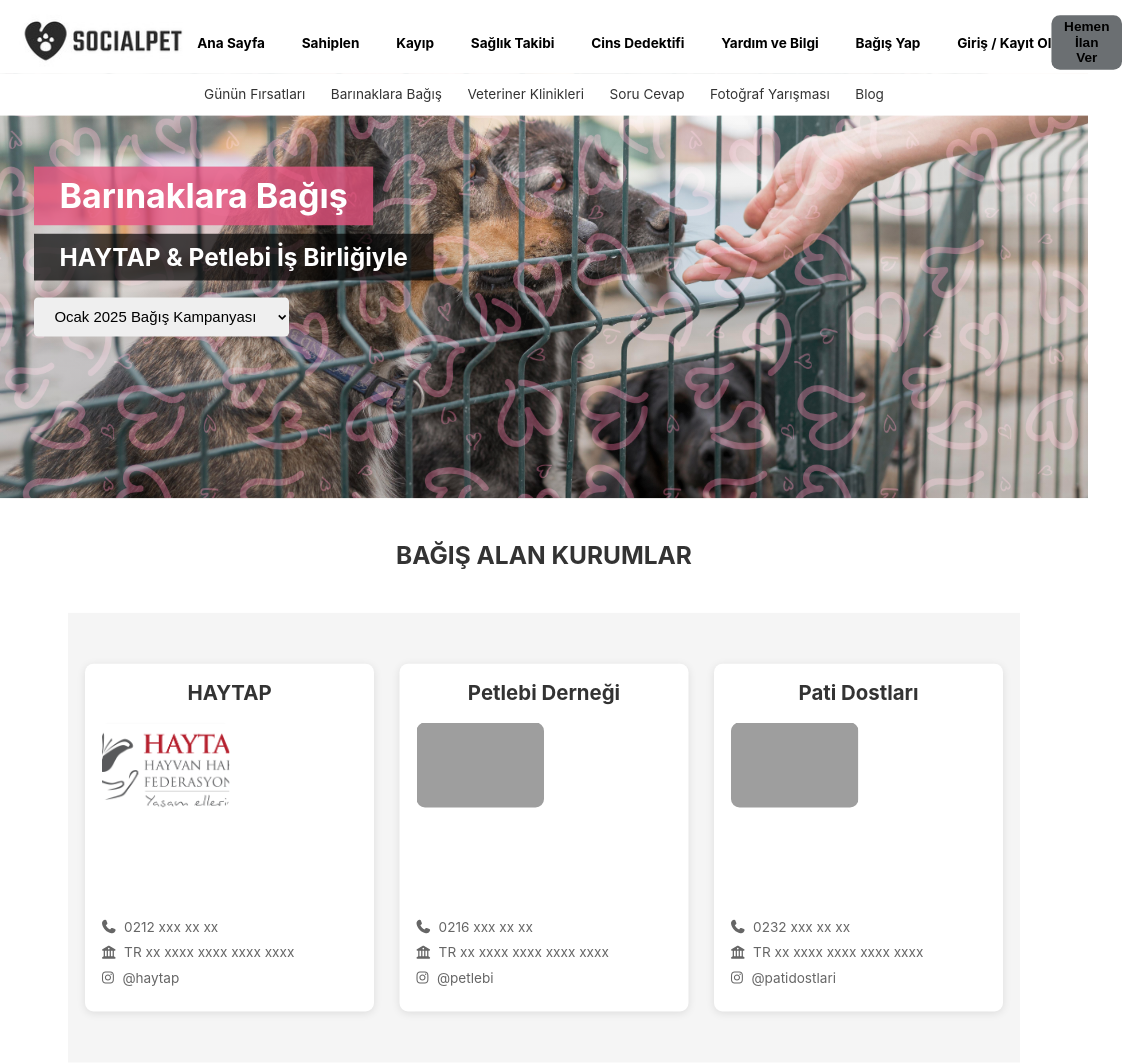
Repository: utkucaa/socialpet-frontend
Page: /donate (app in petweb/petweb/)
An editor plug-in stored every save of this project. The page is shown before and after a run of saves, followed by the edit.
The browser window is 1280 px wide. The page is 1320 px wide, so the pictures cover 1320 px, including what lies to the right of the window. The pictures show the whole page, at 85% of full size.
Pictures or frames that could not be fetched are drawn as grey boxes. The project was rebuilt for these pictures with package versions that can differ from the ones it lists, and the page was loaded fresh each time. Also part of the build but not shown: petweb/petweb/src/Components/Login/Login.jsx, petweb/petweb/src/Components/Intro/Intro.css, petweb/petweb/src/Components/Intro/Intro.jsx, petweb/petweb/src/Components/Register/Register.jsx, petweb/petweb/src/Components/Profile/ProfilePage.jsx, petweb/petweb/src/Components/Adoption/Header.css, petweb/petweb/src/Components/Adoption/Header.jsx, petweb/petweb/src/Components/Adoption/Stats.css and 30 more. Imported but missing from the stored project, and not drawn on this page: petweb/petweb/src/Components/AdoptionSteps.

Above is the page before, as saved 2025-01-09 21:53:35.

### petweb/petweb/src/Components/Navbar/Navbar.jsx
import React from 'react';
import { Link } from 'react-router-dom';
import './Navbar.css';

const Navbar = ({ user, setUser }) => {
  const handleLogout = () => {
    setUser(null);
  };

  return (
    <div className='n-container'>
      <div className="n-left">
        <Link to="/">
          <img src="/logo.png" alt="Social Pet Logo" className="n-logo" />
        </Link>
      </div>
      <div className="n-right">
        <div className="n-list">
          <ul>
            <li><Link to="/">Ana Sayfa</Link></li>
            <li><Link to="/adopt">Sahiplen</Link></li>
            <li><Link to="/lost">Kayıp</Link></li>
            <li><Link to="/health-tracking">Sağlık Takibi</Link></li>
            <li><Link to="/breed-detector">Cins Dedektifi</Link></li>
            <li><Link to="/help-info">Yardım ve Bilgi</Link></li>
            <li><Link to="/donate">Bağış Yap</Link></li>

            {!user ? (
              <li><Link to="/login">Giriş / Kayıt Ol</Link></li>
            ) : (
              <li><Link to="/profile">Profil</Link></li>
            )}
          </ul>
        </div>
        {!user ? (
          <button className='giris-cıkıs'>
            <Link to="/create-ad">Hemen İlan Ver</Link>
          </button>
        ) : (
          <button className='giris-cıkıs cıkıs' onClick={handleLogout}>
            <Link to="/">Çıkış Yap</Link>
          </button>
        )}
      </div>
    </div>
  );
};

export default Navbar;

### petweb/petweb/src/Components/Donate/Donate.jsx
import React from 'react';
import './Donate.css';
import { FontAwesomeIcon } from '@fortawesome/react-fontawesome';
import { faPhone, faUniversity } from '@fortawesome/free-solid-svg-icons';
import { faInstagram } from '@fortawesome/free-brands-svg-icons';

const Donate = () => {
  const donationCards = [
    {
      name: "HAYTAP",
      image: "/haytap.png",
      phone: "0212 xxx xx xx",
      iban: "TR xx xxxx xxxx xxxx xxxx",
      instagram: "@haytap"
    },
    {
      name: "Petlebi Derneği",
      image: "/hayvan2.jpg",
      phone: "0216 xxx xx xx",
      iban: "TR xx xxxx xxxx xxxx xxxx",
      instagram: "@petlebi"
    },
    {
      name: "Pati Dostları",
      image: "/hayvan3.jpg",
      phone: "0232 xxx xx xx",
      iban: "TR xx xxxx xxxx xxxx xxxx",
      instagram: "@patidostlari"
    }
  ];

  return (
    <div className="main-container">
      {/* Üst Kısım - Resimli Alan */}
      <div className="hero-section">
        <nav className="nav-menu">
          <ul>
            <li>Günün Fırsatları</li>
            <li>Barınaklara Bağış</li>
            <li>Veteriner Klinikleri</li>
            <li>Soru Cevap</li>
            <li>Fotoğraf Yarışması</li>
            <li>Blog</li>
          </ul>
        </nav>
        <div className="hero-content">
          <div className="title-box">
            <h1>Barınaklara Bağış</h1>
          </div>
          <div className="subtitle-box">
            <h2>HAYTAP & Petlebi İş Birliğiyle</h2>
          </div>
          <div className="select-container">
            <select>
              <option>Ocak 2025 Bağış Kampanyası</option>
            </select>
          </div>
        </div>
      </div>

      {/* Alt Kısım - Bilgilendirme ve Kartlar */}
      <div className="content-section">
        <div className="info-section">
          <h2>BAĞIŞ ALAN KURUMLAR</h2>
        </div>

        <div className="donation-cards-container">
          {donationCards.map((card, index) => (
            <div key={index} className="donation-card">
              <h3 className="card-title">{card.name}</h3>
              <div className="card-image">
                <img src={card.image} alt={card.name} />
              </div>
              <div className="card-info">
                <p> <FontAwesomeIcon icon={faPhone} /> {card.phone}</p>
                <p><FontAwesomeIcon icon={faUniversity} /> {card.iban}</p>
                <p><FontAwesomeIcon icon={faInstagram} /> {card.instagram}</p>
              </div>
            </div>
          ))}
        </div>
      </div>
    </div>
  );
};

export default Donate;

### petweb/petweb/src/Components/Navbar/Navbar.css
.spline-sans-mono {
    font-family: "Spline Sans Mono", monospace;
  }

.n-container{
    height: 10vh;
    margin-top: 14px;
    display: flex;
    justify-content: space-between;
    align-items: center;
    padding: 0 2rem;
}

.n-logo {
    width: 200px;
    height: auto;
    margin-right: 10px;
    margin-left: -10px;
  }


.n-left{
    flex:1;
    align-items: center;
    display: flex;
    gap:1 rem;
}


.n-right{
    display: flex;
    flex: 5;
    align-items: center;
    justify-content: center;
    font-weight: 400;
}

.n-list{
    flex: 10;
}

.n-list a {
    text-decoration: none;
    color: black;
    font-weight: bold;
    font-size: 16px;
    transition: color 0.3s ease;
}

.n-list a:hover {
    color:  #1a237e;
}

.n-list>ul{
    display: flex;
    gap: 2.7rem;
    margin-right: 2rem;
    margin-left: -10px;
    align-items: center;
    list-style: none;
    padding: 0;
    margin: 0;
}

.n-list>ul>li {
    white-space: nowrap;
}

.giris-cıkıs {
    background-color: #6b6f72;
    color: white;
    padding: 5px 15px;
    border: none;
    border-radius: 10px;
    cursor: pointer;
    font-size: 16px;
    font-weight: bold;
    transition: background-color 0.3s ease, transform 0.2s ease;
    margin-right: -14px;
    width: auto;
}
.giris-cıkıs:hover {
    background-color: #4b5b63;
    transform: scale(1.05);
}

.giris-cıkıs a {
    text-decoration: none;
    color: black;
    font-weight: bold;
    font-size: 16px;
}

.giris-cıkıs a:hover {
    color: white;
}

### petweb/petweb/src/Components/Login/Login.css

.login-page {
    display: flex;
    height: 100vh;
  }

  .login-left {
    flex: 1;
  display: flex;
  flex-direction: column;
  justify-content: center;
  align-items: center;
  background: linear-gradient(135deg, #f0f0f0, #d9e4f5);
  padding: 20px;
  text-align: center;
  border-top-right-radius: 20px;
  border-radius: 20px;
  margin-left: 30px;
  }
  .login-logo {
    width: 400px;
    height: auto;
    border-radius: 10px;
    margin-top: 20px;
  }
  .login-left h1 {
    font-size: 36px;
    color: #333;
    margin-bottom: 5px;
    margin-top: 10px;
  }

  .login-left p {
    font-size: 18px;
    margin-top: 5px;
    color: #555;
  }

  .login-image {
    width: 70%;
    margin-top: 20px;
    border-radius: 10px;
  }

  .login-right {
    flex: 1;
    display: flex;
    justify-content: center;
    align-items: center;
    background: #fff;
  }

  .login-box {
    background: white;
    padding: 30px;
    border-radius: 8px;
    box-shadow: 0 4px 15px rgba(0, 0, 0, 0.2);
    text-align: center;
    width: 90%;
    max-width: 400px;
  }

  h2 {
    font-size: 24px;
    margin-bottom: 20px;
    color: #333;
  }

  .form-group {
    margin-bottom: 15px;
    text-align: left;
  }

  label {
    display: block;
    font-size: 14px;
    margin-bottom: 5px;
    color: #555;
  }

  input {
    width: 100%;
    padding: 10px;
    font-size: 14px;
    border-radius: 5px;
    border: 1px solid #ccc;
    outline: none;
    transition: border-color 0.3s;
  }

  input:focus {
    border-color: #5d6d7e;
  }

  .login-button {
    background-color: #5d6d7e;
    color: white;
    padding: 10px;
    width: 100%;
    border: none;
    border-radius: 5px;
    font-size: 16px;
    cursor: pointer;
    transition: background-color 0.3s;
  }

  .login-button:hover {
    background-color: #4b5b63;
  }

  .error-message {
    color: red;
    font-size: 14px;
    margin-bottom: 15px;
  }

  .redirect-message {
    margin-top: 15px;
    font-size: 14px;
  }

  .redirect-message a {
    color: #4a90e2;
    text-decoration: none;
  }

  .redirect-message a:hover {
    text-decoration: underline;
  }

### petweb/petweb/src/Components/Register/Register.css
.register-page {
    display: flex;
    height: 100vh;
  }

  .register-left {
    flex: 1;
  display: flex;
  flex-direction: column;
  justify-content: center;
  align-items: center;
  background: linear-gradient(135deg, #f0f0f0, #d9e4f5);
  padding: 20px;
  text-align: center;
  border-top-right-radius: 20px;
  border-radius: 20px;
  margin-left: 30px;
  }

  .register-logo {
    width: 400px;
    height: auto;
    border-radius: 10px;
    margin-top: 20px;
  }

  .register-left h1 {
    font-size: 36px;
    color: #333;
    margin-bottom: 5px;
    margin-top: 10px;
  }

  .register-left p {
    font-size: 18px;
    margin-top: 5px;
    color: #555;
  }

  .register-right {
    flex: 1;
    display: flex;
    justify-content: center;
    align-items: center;
    background: #fff;
  }

  .register-box {
    background: white;
  padding: 20px;
  border-radius: 20px;
  box-shadow: 0 4px 15px rgba(0, 0, 0, 0.2);
  text-align: center;
  width: 100%;
  max-width: 600px;
  }

  h2 {
    font-size: 24px;
    margin-bottom: 20px;
    color: #333;
  }

  .form-group {
    margin-bottom: 15px;
    text-align: left;
  }

  label {
    font-size: 14px;
  margin-bottom: 5px;
  color: #555;
  align-self: flex-start;
  padding-left: 112px;
  }

  input {
    width: 100%;
    max-width: 350px;
    padding: 12px;
    font-size: 14px;
    border-radius: 5px;
    border: 1px solid #ccc;
    outline: none;
    transition: border-color 0.3s;
    margin: 0 auto;
    display: block;
  }

  input:focus {
    border-color: #5d6d7e;
  }

  .register-button {
    background-color: #5d6d7e;
  color: white;
  padding: 12px;
  width: 100%;
  max-width: 350px;
  border: none;
  border-radius: 5px;
  font-size: 16px;
  cursor: pointer;
  transition: background-color 0.3s;
  margin: 20px auto;
  display: block;
  }

  .register-button:hover {
    background-color: #4b5b63;
  }

  .error-message {
    color: red;
    font-size: 14px;
    margin-bottom: 15px;
  }

  .redirect-message {
    margin-top: 15px;
    font-size: 14px;
  }

  .redirect-message a {
    color: #4a90e2;
    text-decoration: none;
  }

  .redirect-message a:hover {
    text-decoration: underline;
  }

### petweb/petweb/src/Components/Profile/ProfilePage.css
.profile-container {
  padding: 20px;
  max-width: 1200px;
  margin: 0 auto;
}

.profile-header-section {
  background: #696769;
  border-radius: 8px;
  padding: 20px;
  display: flex;
  justify-content: space-between;
  align-items: center;
  color: white;
}

.profile-avatar {
  display: flex;
  justify-content: center;
  align-items: center;
  position: relative;
  width: 120px;
  height: 120px;
}

.avatar-box {
  width: 100px;
  height: 100px;
  border-radius: 8px;
  background-color: #d9d9d9;
  overflow: hidden;
  display: flex;
  justify-content: center;
  align-items: center;
  position: relative;
  cursor: pointer;
}

.avatar-box img {
  width: 100%;
  height: 100%;
  object-fit: cover;
}

.avatar-input {
  position: absolute;
  top: 0;
  left: 0;
  width: 100%;
  height: 100%;
  opacity: 0;
  cursor: pointer;
  z-index: 2;
}

.profile-left {
  display: flex;
  align-items: center;
  gap: 20px;
}

.profile-avatar img {
  width: 120px;
  height: 120px;
  border-radius: 8px;
  background: #fff;
}

.member-tags {
  display: flex;
  gap: 10px;
  margin: 10px 0;
}

.tag {
  padding: 4px 8px;
  border-radius: 4px;
  font-size: 12px;
}

.tag.blue {
  background: #2196f3;
}

.tag.cyan {
  background: #00bcd4;
}

.stats-section {
  display: grid;
  grid-template-columns: repeat(4, 1fr);
  gap: 20px;
  margin: 20px 0;
}

.stat-card {
  padding: 15px;
  border-radius: 8px;
  color: white;
  text-align: center;
}

.stat-card.blue { background: #82bae8; }
.stat-card.green { background: #86c388; }
.stat-card.orange { background: #e7c086; }
.stat-card.cyan { background: #7bcad4; }


.content-section {
  display: flex;
  gap: 20px;
  margin-top: 20px;
}

.side-menu {
  width: 250px;
  background: #f5f5f5;
  padding: 15px;
  border-radius: 8px;
}

.side-menu ul {
  list-style: none;
  padding: 0;
}

.side-menu li {
  padding: 10px;
  margin: 5px 0;
  cursor: pointer;
  border-radius: 4px;
  transition: background-color 0.3s;
}

.side-menu li:hover {
  background: #e0e0e0;
}

.main-content {
  flex: 1;
}

.no-ads {
  background: #696767;
  color: white;
  padding: 15px;
  border-radius: 8px;
  text-align: center;
}

.profile-actions {
  display: flex;
  gap: 15px;
}

.btn-update, .btn-add {
  padding: 8px 16px;
  border: none;
  border-radius: 4px;
  cursor: pointer;
}

.btn-update {
  background: #f5f5f5;
  color: #333;

}

.btn-add {
  background: #eda03c;
  color: white;

}

.btn-logout {
  background-color: rgb(201, 197, 197);
  color: white;
  border: none;
  padding: 10px 20px;
  cursor: pointer;
  margin-top: 10px; /* İlan Ekle butonundan sonra biraz boşluk bırakır */
}

.btn-logout:hover {
  background-color: rgb(55, 54, 54);
}

### petweb/petweb/src/Components/Adoption/CreatedPage.css
.create-ad-container {
  display: flex;
  width: 100%;
}

.create-ad-title {
  font-size: 24px;
  font-weight: bold;
  color: #333;
  margin-left: 90px;
  margin-top: 20px;
  text-align: left;
  position: relative;
  top: 20px;
}

select {
  font-size: 12px;
  padding: 5px 8px;
  width: 100px;
  height: auto;
  border-radius: 5px;
  border: 1px solid #ccc;
}

option {
  font-size: 12px;
}

.sidebar {
  width: 250px;
  background-color: #f4f4f4;
  height: 100vh;
  padding: 20px;
  box-shadow: 2px 0 5px rgba(0, 0, 0, 0.1);
}

.step-content {
  margin-left: 270px;
  padding: 20px;
  width: calc(100% - 270px);
  display: flex;
  flex-direction: column;
}

.step-indicator {
  display: flex;
  justify-content: center;
  align-items: center;
  margin-bottom: 20px;
  gap: 50px;
}

.step-box {
  width: 40px;
  height: 40px;
  background-color: transparent;
  border-radius: 50%;
  display: flex;
  justify-content: center;
  align-items: center;
  font-size: 18px;
  margin: 0 px;
  font-weight: bold;
  cursor: pointer;
  box-shadow: none;
  border: none;
  transition: background-color 0.3s ease, color 0.3s ease;
}

.step-box.active {
  background-color: #f8c471;
  color: white;
}

.step-box.inactive {
  background-color: #ccc;
  color: #666;
}

.step-text.active-text {
  color: #f8c471;
}

.step-text.inactive-text {
  color: #666;
}

.step-description {
  display: flex;
  justify-content: center;
  margin-top: -10px;
  gap: 80px;
}

.step-text {
  font-size: 14px;
  text-align: center;
  width: auto;
  margin: 20px 0 0 0;
  transition: color 0.3s;
}

.step-text h2 {
  font-size: 12px;
  color: #333;
  margin-top: 5px;
  transition: color 0.3s ease, font-weight 0.3s ease; /* Animasyon */
}

.step-text.active-text h2 {
  color: #f8c471; /* Aktif başlık rengi */
  font-weight: bold;
}

.step {
  display: flex;
  flex-direction: column;
  align-items: flex-start; /* Sola hizalar */
  width: 100%;
}

### petweb/petweb/src/Components/Lost/CreateListingPage.css
.page-container {
  width: 100%;
  max-width: 1200px;
  margin: 0 auto;
  padding: 20px;
}

.baslık{
  font-size: 28px;
  margin-bottom: 29px;
}

.create-listing-container {
  display: flex;
  gap: 30px;
}

.left-section {
  flex: 7;
}

.right-section {
  flex: 3;
}

.form-group {
  margin-bottom: 20px;
}

h2, h3 {
  margin-bottom: 9px;
  color: #333;
  font-size: 18px;
}

.form-input,
.form-select,
.form-textarea {
  width: 100%;
  padding: 12px;
  border: 1px solid #ddd;
  border-radius: 4px;
  font-size: 16px;
  margin-bottom: 10px;
}

.form-textarea {
  min-height: 150px;
  resize: vertical;
}



.warning-text {
  color: #d32f2f;
  font-weight: bold;
  margin: 10px 0;
}

.note-text {
  color: #666;
  font-size: 14px;
  margin-top: 8px;
}

.map-container {
  width: 100%;
  height: 400px;
  background-color: #f5f5f5;
  border-radius: 4px;
  margin-bottom: 20px;
  display: flex;
  align-items: center;
  justify-content: center;
}

/* Sağ bölüm stilleri */
.image-upload-container {
  border: 2px dashed #ddd;
  border-radius: 4px;
  padding: 20px;
  text-align: center;
  background-color: #f9f9f9;
}

.file-input {
  display: none;
}

.file-label {
  cursor: pointer;
  display: block;
}

.upload-placeholder {
  color: #1976d2;
  font-size: 18px;
  padding: 60px 0;
}

.preview-image {
  max-width: 100%;
  max-height: 300px;
  object-fit: contain;
}

.upload-note {
  color: #666;
  font-size: 14px;
  margin-top: 10px;
}

.button-container {
  margin-top: 20px;
}

.publish-button,
.delete-button {
  width: 100%;
  padding: 12px;
  border: none;
  border-radius: 4px;
  font-size: 16px;
  cursor: pointer;
  margin-bottom: 10px;
}

.publish-button {
  background-color: #5d9d5f;
  color: white;
}

.delete-button {
  background-color: #d9473d;
  color: white;
}

.publish-button:hover,
.delete-button:hover {
  opacity: 0.9;
}

.terms-text {
  text-align: center;
  font-size: 14px;
  color: #666;
  margin-top: 15px;
}

.terms-text a {
  color: #1976d2;
  text-decoration: none;
}

### petweb/petweb/src/Components/Donate/Donate.css
.main-container {
    width: 100%;
    min-height: 100vh;
  }

  /* Üst Kısım - Hero Section */
  .hero-section {
    width: 100%;
    height: 500px;
    position: relative;
    background-image: url('/public/bagıs.jpg');
    background-size: cover;
    background-position: center;
    overflow: hidden;
  }

  /* Kalp Efekti */
  .hero-section::after {
    content: '';
    position: absolute;
    top: 0;
    left: 0;
    right: 0;
    bottom: 0;
    background-image: url('/public/heart-pattern.png');
    background-size: 800px auto;
    opacity: 0.4;
    pointer-events: none;
    animation: floatingHearts 20s linear infinite;
    mix-blend-mode: screen;
  }

  /* Gradient Overlay */
  .hero-section::before {
    content: '';
    position: absolute;
    top: 0;
    left: 0;
    right: 0;
    bottom: 0;
    background: linear-gradient(
      rgba(255, 255, 255, 0.1),
      rgba(0, 0, 0, 0.2)
    );
  }

  /* Navigasyon Menüsü */
  .nav-menu {
    background-color: white;
    padding: 15px 0;
    position: relative;
    z-index: 10;
  }

  .nav-menu ul {
    display: flex;
    justify-content: center;
    list-style: none;
    gap: 30px;
    margin: 0;
    padding: 0;
  }

  .nav-menu li {
    color: #333;
    cursor: pointer;
  }

  /* Hero İçerik */
  .hero-content {
    position: relative;
    z-index: 2;
    padding: 60px 40px;
    max-width: 1200px;
    margin: 0 auto;
  }

  .title-box {
    margin-bottom: 10px;
  }

  .title-box h1 {
    background-color: rgba(231, 84, 128, 0.8);
    color: white;
    padding: 10px 30px;
    font-size: 2.5rem;
    margin: 0;
    display: inline-block;
  }

  .subtitle-box {
    margin-bottom: 20px;
  }

  .subtitle-box h2 {
    background-color: rgba(0, 0, 0, 0.7);
    color: white;
    padding: 10px 30px;
    font-size: 1.8rem;
    margin: 0;
    display: inline-block;
  }

  .select-container select {
    padding: 12px 20px;
    font-size: 1.1rem;
    border: none;
    border-radius: 5px;
    min-width: 300px;
    cursor: pointer;
  }

  /* Alt Kısım - Content Section */
  .content-section {
    background-color: white;
    display: flex;           /* Eklendi */
  flex-direction: column;  /* Eklendi */
  align-items: center;
  }

  .info-section {
    text-align: center;
    padding: 30px 0;

  }

  .info-section h2 {
    margin: 0;
    color: #333;
    font-size: 1.8rem;
  }

  /* Bağış Kartları */
  .donation-cards-container {
    display: flex;
  justify-content: center;
  gap: 30px;
  padding: 60px 20px; /* Üst padding'i artırdık */
  flex-wrap: wrap;
  max-width: 1200px;
  margin: 0 auto;
  background-color: #f5f5f5;
  }

  .donation-card {
    background: white;
    border-radius: 10px;
    box-shadow: 0 2px 10px rgba(0, 0, 0, 0.1);
    width: 300px;
    padding: 20px;
    display: flex;
    flex-direction: column;
    align-items: center;
    transition: transform 0.3s ease;
  }

  .donation-card:hover {
    transform: translateY(-5px);
  }

  .card-title {
    color: #333;
    font-size: 1.5rem;
    margin: 0 0 20px 0;
    text-align: center;
  }

  .card-image {
    width: 100%;
    height: 200px;
    overflow: hidden;
    border-radius: 8px;
    margin-bottom: 20px;
  }

  .card-image img {
    width: 100%;
    height: 100%;
    object-fit: cover;
  }

  .card-info {
    width: 100%;
  }

  .card-info p {
    margin: 10px 0;
    color: #666;
    display: flex;
    align-items: center;
    gap: 10px;
  }

  .card-info i {
    width: 20px;
    color: #e75480;
  }

  /* Animasyon */
  @keyframes floatingHearts {
    from {
      background-position: 0 0;
    }
    to {
      background-position: 100% 100%;
    }
  }

  /* Responsive Tasarım */
  @media (max-width: 1024px) {
    .donation-cards-container {
      gap: 20px;
    }

    .donation-card {
      width: calc(50% - 40px);
    }
  }

  @media (max-width: 768px) {
    .nav-menu ul {
      flex-wrap: wrap;
      gap: 15px;
    }

    .hero-content {
      padding: 40px 20px;
    }

    .select-container select {
      min-width: 250px;
    }

    .donation-card {
      width: 100%;
      max-width: 400px;
    }
  }

  .card-image img {
    width: 150px; /* Genişlik */
    height: 100px; /* Yükseklik */
    object-fit: cover; /* Resmi kare alanda düzgün şekilde yerleştirir */
    border-radius: 10px; /* Kenarları yuvarlamak için opsiyonel */
  }

Loaded but not shown: petweb/petweb/public/index.html (common file); petweb/petweb/src/index.js (common file); petweb/petweb/src/index.css (common file); petweb/petweb/src/reportWebVitals.js (common file); petweb/petweb/src/App.js (55 lines, source omitted)

After the next 3 saves:
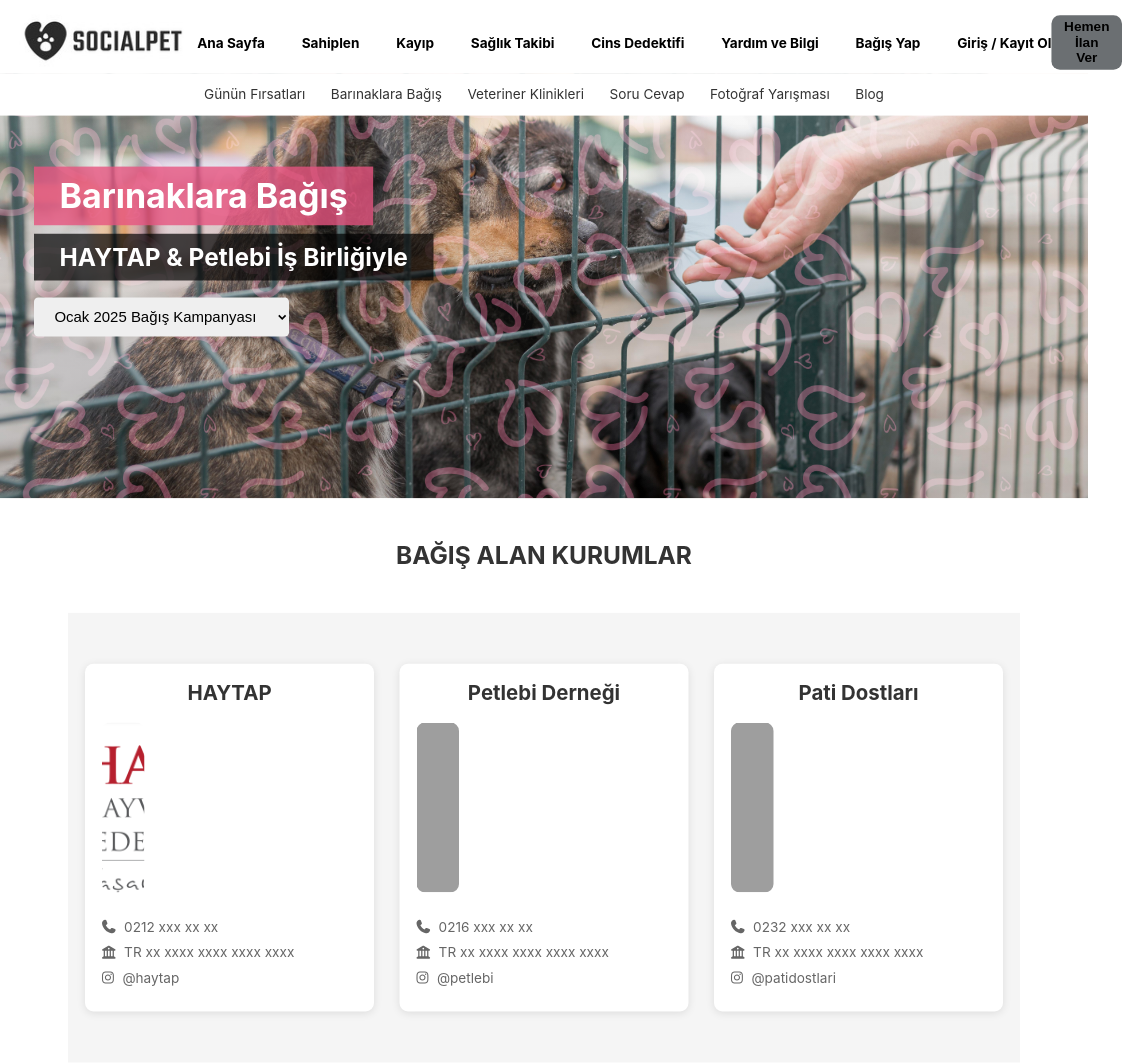
The 3 saves are shown as one change because they came seconds apart.
The last was saved 9 s later.
--- a/petweb/petweb/src/Components/Donate/Donate.css
+++ b/petweb/petweb/src/Components/Donate/Donate.css
@@ -238,8 +238,8 @@
   }
 
   .card-image img {
-    width: 150px; /* Genişlik */
-    height: 100px; /* Yükseklik */
+    width: 50px; /* Genişlik */
+    height: 200px; /* Yükseklik */
     object-fit: cover; /* Resmi kare alanda düzgün şekilde yerleştirir */
     border-radius: 10px; /* Kenarları yuvarlamak için opsiyonel */
   }
